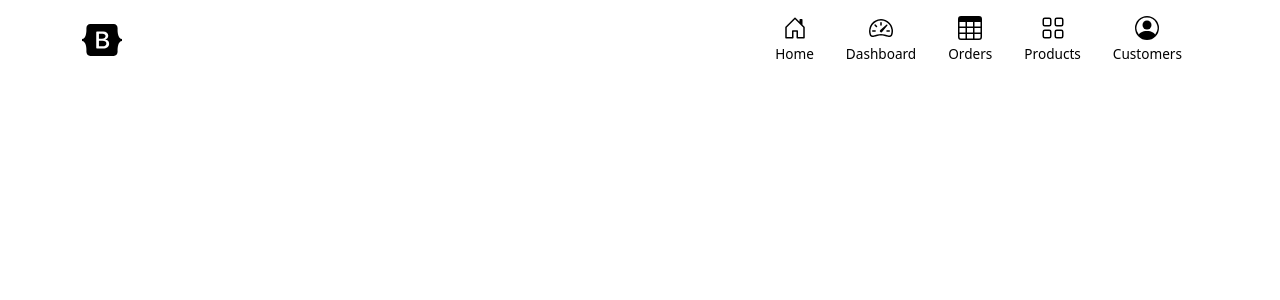
Repository: HeZhao-hugh/personal-web
Page: index.html
An editor plug-in stored every save of this project. The page is shown before and after the next save, followed by the edit.
The browser window is 1280 px wide. The pictures show the whole page.

Above is the page before, as saved 2022-01-19 17:25:48.

### index.html
<!DOCTYPE html>
<html lang="en">

<head>
    <meta charset="UTF-8">
    <meta http-equiv="X-UA-Compatible" content="IE=edge">
    <meta name="viewport" content="width=device-width, initial-scale=1.0">
    <link href="https://cdn.jsdelivr.net/npm/bootstrap@5.1.3/dist/css/bootstrap.min.css" rel="stylesheet"
        integrity="sha384-1BmE4kWBq78iYhFldvKuhfTAU6auU8tT94WrHftjDbrCEXSU1oBoqyl2QvZ6jIW3" crossorigin="anonymous">
    <script src="https://cdn.jsdelivr.net/npm/bootstrap@5.1.3/dist/js/bootstrap.bundle.min.js"
        integrity="sha384-ka7Sk0Gln4gmtz2MlQnikT1wXgYsOg+OMhuP+IlRH9sENBO0LRn5q+8nbTov4+1p" crossorigin="anonymous">
    </script>

    <!-- Custom styles for this template -->
    <link href="style.css" rel="stylesheet">
    <title>Document</title>
</head>

<body>
    <svg xmlns="http://www.w3.org/2000/svg" style="display: none;">
        <symbol id="bootstrap" viewBox="0 0 118 94">
            <title>Bootstrap</title>
            <path fill-rule="evenodd" clip-rule="evenodd"
                d="M24.509 0c-6.733 0-11.715 5.893-11.492 12.284.214 6.14-.064 14.092-2.066 20.577C8.943 39.365 5.547 43.485 0 44.014v5.972c5.547.529 8.943 4.649 10.951 11.153 2.002 6.485 2.28 14.437 2.066 20.577C12.794 88.106 17.776 94 24.51 94H93.5c6.733 0 11.714-5.893 11.491-12.284-.214-6.14.064-14.092 2.066-20.577 2.009-6.504 5.396-10.624 10.943-11.153v-5.972c-5.547-.529-8.934-4.649-10.943-11.153-2.002-6.484-2.28-14.437-2.066-20.577C105.214 5.894 100.233 0 93.5 0H24.508zM80 57.863C80 66.663 73.436 72 62.543 72H44a2 2 0 01-2-2V24a2 2 0 012-2h18.437c9.083 0 15.044 4.92 15.044 12.474 0 5.302-4.01 10.049-9.119 10.88v.277C75.317 46.394 80 51.21 80 57.863zM60.521 28.34H49.948v14.934h8.905c6.884 0 10.68-2.772 10.68-7.727 0-4.643-3.264-7.207-9.012-7.207zM49.948 49.2v16.458H60.91c7.167 0 10.964-2.876 10.964-8.281 0-5.406-3.903-8.178-11.425-8.178H49.948z">
            </path>
        </symbol>
        <symbol id="Home" viewBox="0 0 16 16">
            <path
                d="M8.354 1.146a.5.5 0 0 0-.708 0l-6 6A.5.5 0 0 0 1.5 7.5v7a.5.5 0 0 0 .5.5h4.5a.5.5 0 0 0 .5-.5v-4h2v4a.5.5 0 0 0 .5.5H14a.5.5 0 0 0 .5-.5v-7a.5.5 0 0 0-.146-.354L13 5.793V2.5a.5.5 0 0 0-.5-.5h-1a.5.5 0 0 0-.5.5v1.293L8.354 1.146zM2.5 14V7.707l5.5-5.5 5.5 5.5V14H10v-4a.5.5 0 0 0-.5-.5h-3a.5.5 0 0 0-.5.5v4H2.5z" />
        </symbol>
        <symbol id="Resume" viewBox="0 0 16 16">
            <path
                d="M8 4a.5.5 0 0 1 .5.5V6a.5.5 0 0 1-1 0V4.5A.5.5 0 0 1 8 4zM3.732 5.732a.5.5 0 0 1 .707 0l.915.914a.5.5 0 1 1-.708.708l-.914-.915a.5.5 0 0 1 0-.707zM2 10a.5.5 0 0 1 .5-.5h1.586a.5.5 0 0 1 0 1H2.5A.5.5 0 0 1 2 10zm9.5 0a.5.5 0 0 1 .5-.5h1.5a.5.5 0 0 1 0 1H12a.5.5 0 0 1-.5-.5zm.754-4.246a.389.389 0 0 0-.527-.02L7.547 9.31a.91.91 0 1 0 1.302 1.258l3.434-4.297a.389.389 0 0 0-.029-.518z" />
            <path fill-rule="evenodd"
                d="M0 10a8 8 0 1 1 15.547 2.661c-.442 1.253-1.845 1.602-2.932 1.25C11.309 13.488 9.475 13 8 13c-1.474 0-3.31.488-4.615.911-1.087.352-2.49.003-2.932-1.25A7.988 7.988 0 0 1 0 10zm8-7a7 7 0 0 0-6.603 9.329c.203.575.923.876 1.68.63C4.397 12.533 6.358 12 8 12s3.604.532 4.923.96c.757.245 1.477-.056 1.68-.631A7 7 0 0 0 8 3z" />
        </symbol>
        <symbol id="Services" viewBox="0 0 16 16">
            <path
                d="M0 2a2 2 0 0 1 2-2h12a2 2 0 0 1 2 2v12a2 2 0 0 1-2 2H2a2 2 0 0 1-2-2V2zm15 2h-4v3h4V4zm0 4h-4v3h4V8zm0 4h-4v3h3a1 1 0 0 0 1-1v-2zm-5 3v-3H6v3h4zm-5 0v-3H1v2a1 1 0 0 0 1 1h3zm-4-4h4V8H1v3zm0-4h4V4H1v3zm5-3v3h4V4H6zm4 4H6v3h4V8z" />
        </symbol>
        <symbol id="Blog" viewBox="0 0 16 16">
            <path d="M11 6a3 3 0 1 1-6 0 3 3 0 0 1 6 0z" />
            <path fill-rule="evenodd"
                d="M0 8a8 8 0 1 1 16 0A8 8 0 0 1 0 8zm8-7a7 7 0 0 0-5.468 11.37C3.242 11.226 4.805 10 8 10s4.757 1.225 5.468 2.37A7 7 0 0 0 8 1z" />
        </symbol>
        <symbol id="Contact" viewBox="0 0 16 16">
            <path
                d="M1 2.5A1.5 1.5 0 0 1 2.5 1h3A1.5 1.5 0 0 1 7 2.5v3A1.5 1.5 0 0 1 5.5 7h-3A1.5 1.5 0 0 1 1 5.5v-3zM2.5 2a.5.5 0 0 0-.5.5v3a.5.5 0 0 0 .5.5h3a.5.5 0 0 0 .5-.5v-3a.5.5 0 0 0-.5-.5h-3zm6.5.5A1.5 1.5 0 0 1 10.5 1h3A1.5 1.5 0 0 1 15 2.5v3A1.5 1.5 0 0 1 13.5 7h-3A1.5 1.5 0 0 1 9 5.5v-3zm1.5-.5a.5.5 0 0 0-.5.5v3a.5.5 0 0 0 .5.5h3a.5.5 0 0 0 .5-.5v-3a.5.5 0 0 0-.5-.5h-3zM1 10.5A1.5 1.5 0 0 1 2.5 9h3A1.5 1.5 0 0 1 7 10.5v3A1.5 1.5 0 0 1 5.5 15h-3A1.5 1.5 0 0 1 1 13.5v-3zm1.5-.5a.5.5 0 0 0-.5.5v3a.5.5 0 0 0 .5.5h3a.5.5 0 0 0 .5-.5v-3a.5.5 0 0 0-.5-.5h-3zm6.5.5A1.5 1.5 0 0 1 10.5 9h3a1.5 1.5 0 0 1 1.5 1.5v3a1.5 1.5 0 0 1-1.5 1.5h-3A1.5 1.5 0 0 1 9 13.5v-3zm1.5-.5a.5.5 0 0 0-.5.5v3a.5.5 0 0 0 .5.5h3a.5.5 0 0 0 .5-.5v-3a.5.5 0 0 0-.5-.5h-3z" />
        </symbol>
    </svg>

    <main>

        <header>
            <div class="px-5 py-2 bg-white text-black">
                <div class="container">
                    <div class="d-flex flex-wrap align-items-center justify-content-center justify-content-lg-start">
                        <a href="/"
                            class="d-flex align-items-center my-2 my-lg-0 me-lg-auto text-black text-decoration-none">
                            <svg class="bi me-2" width="40" height="32" role="img" aria-label="Bootstrap">
                                <use href="#bootstrap" /></svg>
                        </a>

                        <ul class="nav col-12 col-lg-auto my-2 justify-content-center my-md-0 text-small">
                            <li>
                                <a href="#" class="nav-link text-black">
                                    <svg class="bi d-block mx-auto mb-1" width="24" height="24">
                                        <use href="#Home" /></svg>
                                    Home
                                </a>
                            </li>
                            <li>
                                <a href="#" class="nav-link text-black">
                                    <svg class="bi d-block mx-auto mb-1" width="24" height="24">
                                        <use href="#Resume" /></svg>
                                    Dashboard
                                </a>
                            </li>
                            <li>
                                <a href="#" class="nav-link text-black">
                                    <svg class="bi d-block mx-auto mb-1" width="24" height="24">
                                        <use href="#Services" /></svg>
                                    Orders
                                </a>
                            </li>
                            <li>
                                <a href="#" class="nav-link text-black">
                                    <svg class="bi d-block mx-auto mb-1" width="24" height="24">
                                        <use href="#Contact" /></svg>
                                    Products
                                </a>
                            </li>
                            <li>
                                <a href="#" class="nav-link text-black">
                                    <svg class="bi d-block mx-auto mb-1" width="24" height="24">
                                        <use href="#Blog" /></svg>
                                    Customers
                                </a>
                            </li>
                        </ul>
                    </div>
                </div>
            </div>
        </header>

    </main>
</body>

</html>

### style.css

  .form-control-dark {
    color: #fff;
    background-color: var(--bs-dark);
    border-color: var(--bs-gray);
  }
  .form-control-dark:focus {
    color: #fff;
    background-color: var(--bs-dark);
    border-color: #fff;
    box-shadow: 0 0 0 .25rem rgba(255, 255, 255, .25);
  }

  .bi {
    vertical-align: -.125em;
    fill: currentColor;
  }

  .text-small {
    font-size: 85%;
  }

  .dropdown-toggle {
    outline: 0;
  }

After the next save:
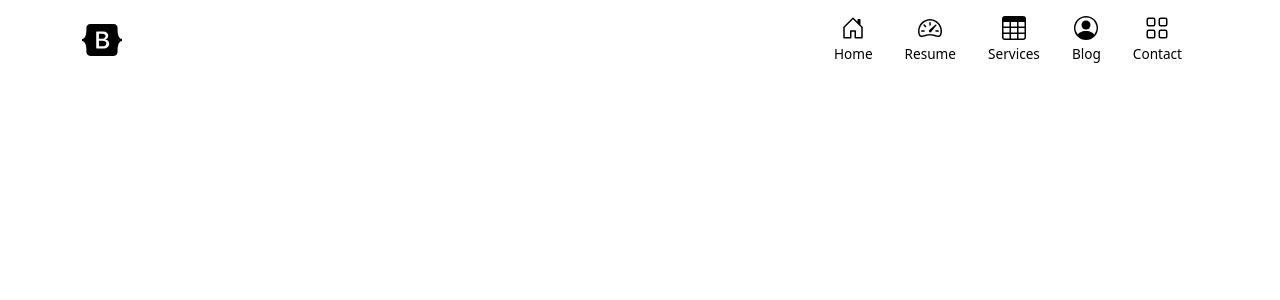
Saved 56 s later.
--- a/index.html
+++ b/index.html
@@ -73,28 +73,29 @@
                                 <a href="#" class="nav-link text-black">
                                     <svg class="bi d-block mx-auto mb-1" width="24" height="24">
                                         <use href="#Resume" /></svg>
-                                    Dashboard
+                                    Resume
                                 </a>
                             </li>
                             <li>
                                 <a href="#" class="nav-link text-black">
                                     <svg class="bi d-block mx-auto mb-1" width="24" height="24">
                                         <use href="#Services" /></svg>
-                                    Orders
+                                    Services
+                                </a>
+                            </li>
+
+                            <li>
+                                <a href="#" class="nav-link text-black">
+                                    <svg class="bi d-block mx-auto mb-1" width="24" height="24">
+                                        <use href="#Blog" /></svg>
+                                    Blog
                                 </a>
                             </li>
                             <li>
                                 <a href="#" class="nav-link text-black">
                                     <svg class="bi d-block mx-auto mb-1" width="24" height="24">
                                         <use href="#Contact" /></svg>
-                                    Products
-                                </a>
-                            </li>
-                            <li>
-                                <a href="#" class="nav-link text-black">
-                                    <svg class="bi d-block mx-auto mb-1" width="24" height="24">
-                                        <use href="#Blog" /></svg>
-                                    Customers
+                                    Contact
                                 </a>
                             </li>
                         </ul>
